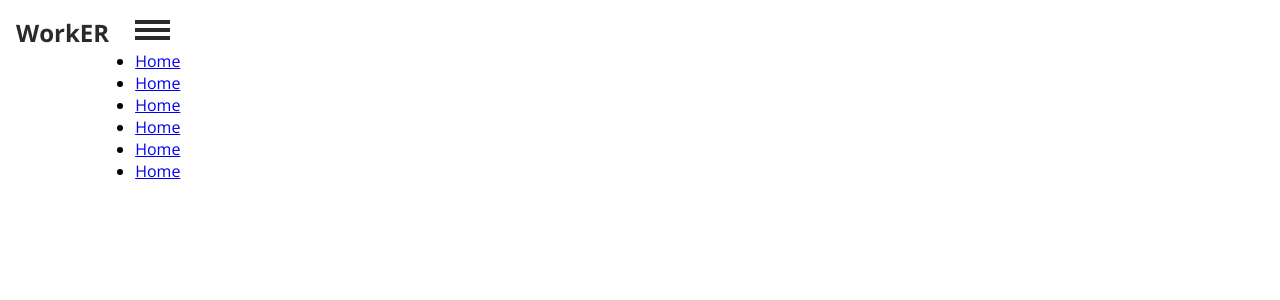
Repository: BaczkiewiczDawid/WorkER
Page: index.html
An editor plug-in stored every save of this project. The page is shown before and after the next save, followed by the edit.
The browser window is 1280 px wide. The pictures show the whole page.
The style sheet was rebuilt from its Sass, Less or Tailwind sources for each picture, by a compiler version that may differ from the author's.

Above is the page before, as saved 2020-04-22 12:35:56.

### index.html
<!DOCTYPE html>
<head>
    <meta charset="UTF-8">
    <meta name="viewport" content="width=device-width, initial-scale=1.0">
    <link href="https://fonts.googleapis.com/css?family=Open+Sans:300,400,600,700,800&display=swap" rel="stylesheet">
    <link rel="stylesheet" href="styles/style.css">
    <title>Document</title>
</head>
<body>
    <nav>
        <h1 class="nav__logo">WorkER</h1>
        <div class="nav__hamburger">
            <span class="hamburger__box">
                <span class="hamburger__inner"></span>
            </span>
            <div class="hamburger__navigation">
                <ul class="navigation__list">
                    <li class="navigation__item"><a href="#">Home</a></li>
                    <li class="navigation__item"><a href="#">Home</a></li>
                    <li class="navigation__item"><a href="#">Home</a></li>
                    <li class="navigation__item"><a href="#">Home</a></li>
                    <li class="navigation__item"><a href="#">Home</a></li>
                    <li class="navigation__item"><a href="#">Home</a></li>
                </ul>
            </div>
        </div>
    </nav>
    <script src="scripts/app.js"></script>
</body>

### styles/style.scss
*, *::before, *::after  {
    margin: 0;
    padding: 0;
    box-sizing: border-box;
}
@mixin hamburger-line {
    width: 100%;
    height: 4px;
    background-color: #2a2a2a;
    position: absolute;
    left: 0;
    top: 50%;
    transition: .25s;
}
body, html {
    font-family: 'Open sans', sans-serif;
}
nav {
    display: flex;
    flex-direction: row;
    .nav__logo {
        display: flex;
        color: #2a2a2a;
        padding: 1rem;
    }
    .nav__hamburger {
        padding: 10px;
        display: inline-block;
        cursor: pointer;
        background-color: transparent;
        border: none;
        margin: 0;
        transition: .25s;
        .hamburger__box {
            width: 35px;
            height: 35px;
            display: inline-block;
            position: relative;
            transition: .25s;
            .hamburger__inner {
                @include hamburger-line;
            }
            .hamburger__inner::before, .hamburger__inner::after {
                @include hamburger-line;
                content: '';
            }
            .hamburger__inner::before {
                top: -8px;
            }
            .hamburger__inner::after {
                top: 8px;
            }
        }
    }
}

Loaded but not shown: scripts/app.js (no copy from this time; the picture is the same without it)

After the next save:
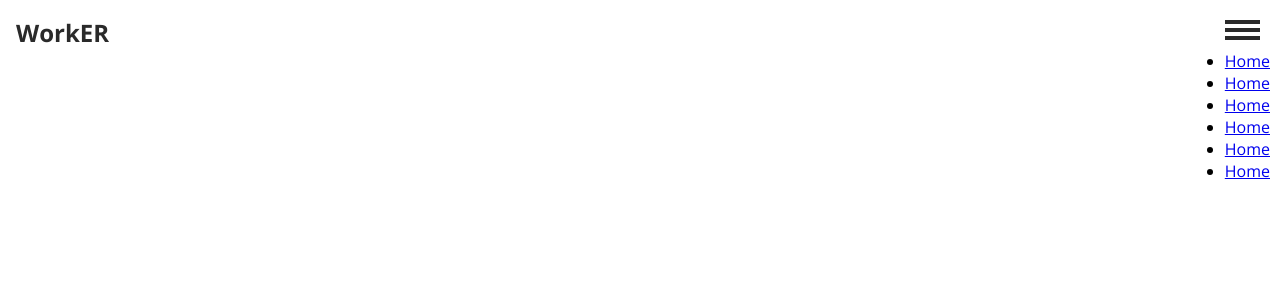
Saved 45 s later.
--- a/styles/style.scss
+++ b/styles/style.scss
@@ -31,6 +31,9 @@
         border: none;
         margin: 0;
         transition: .25s;
+        position: absolute;
+        top: 0;
+        right: 0;
         .hamburger__box {
             width: 35px;
             height: 35px;
